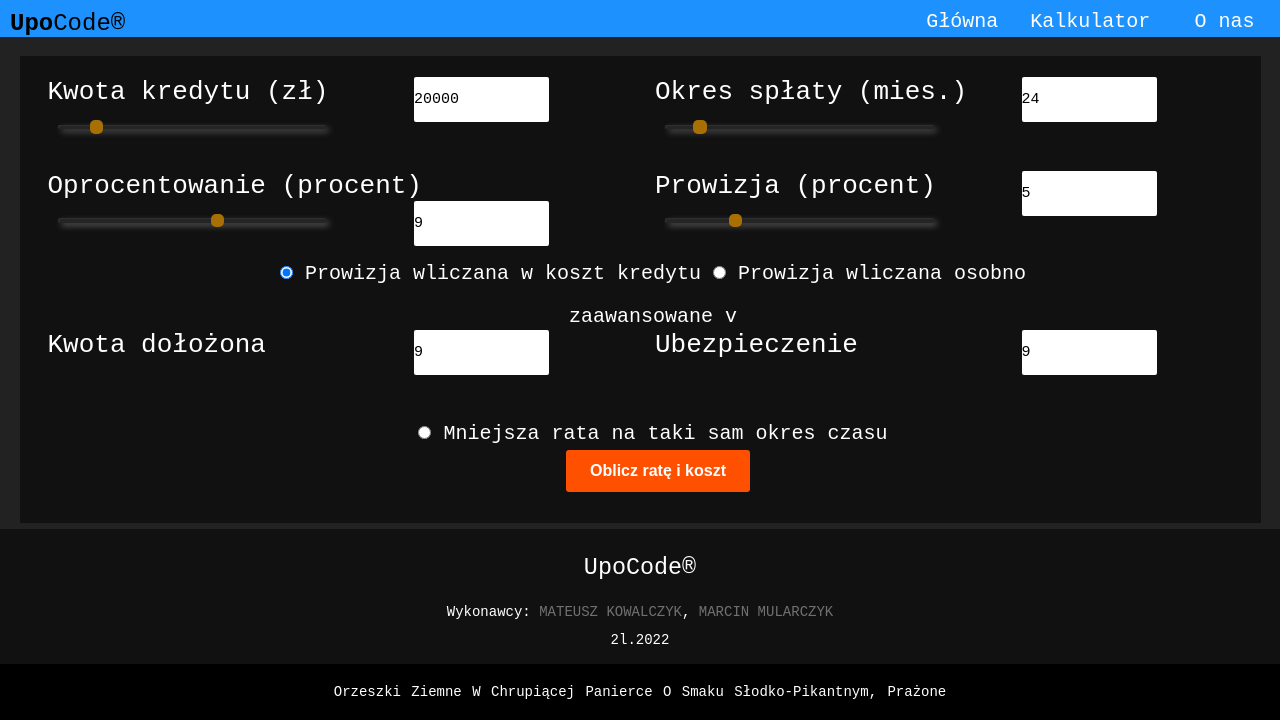
Repository: Klemingway/egzamin
Page: kalkulator.html
The author's editor kept a copy of each file at every save. The page is drawn from the files as they stood at one save, then again after the next save.
The browser window is 1280 px wide. The pictures show the whole page.

Above is the page before, as saved 2023-01-25 12:12:41.

### kalkulator.html
<!DOCTYPE html>
<html lang="pl">

<head>
    <meta charset="UTF-8">
    <meta http-equiv="X-UA-Compatible" content="IE=edge">
    <meta name="viewport" content="width=device-width, initial-scale=1.0">
    <link rel="stylesheet" href="style/styl.css">
    <link rel="shortcut icon" href="img/ikonna.png" type="image/x-icon">
    <script src="js/script.js"></script>
    <title>Bankowy</title>
</head>
<header>

    <div id="hod">
        <a style="text-decoration: none;color: white;" href="index.html">Główna</a>
        <a style="text-decoration: none;color: white;" href="kalkulator.html">Kalkulator</a> &puncsp;
        <div id="hod1"><a style="text-decoration: none; color: white;" href="bl.html">O nas</a></div>
    </div>
    <div id="hzd">
        <b>Upo</b>Code®
    </div>
</header>

<div id="gl">

    <div id="d1" class="d">
        Kwota kredytu (zł)
        <input type="text" name="kwota" pattern="[0-9]" id="kwota" class="wej" value="20000" onchange="document.getElementById('r1').value = this.value/1000"><br>
        <input type="range" min="1" max="150" value="20" id="r1" class="slider" oninput="document.getElementById('kwota').value = this.value*1000; ">
    </div>

    <div id="d2" class="d">
        Okres spłaty (mies.)
        <input type="text" name="splata" pattern="[0-9]" id="splata" class="wej" value="24" onchange="document.getElementById('r2').value = this.value"><br>
        <input type="range" min="12" max="120" value="24" id="r2" class="slider" oninput="document.getElementById('splata').value = this.value;">
    </div>


    <div id="d3" class="d">
        Oprocentowanie (procent)
        <input type="text" name="splata" pattern="[0-9]" id="oproc" class="wej" value="9" onchange="document.getElementById('r3').value = this.value*100"><br>
        <input type="range" min="1" max="1500" value="900" id="r3" class="slider" oninput="document.getElementById('oproc').value = this.value/100;">
    </div>

    <div id="d4" class="d">
        Prowizja (procent)
        <input type="text" name="prowiz" pattern="[0-9]" id="prowiz" class="wej" value="5" onchange="document.getElementById('r4').value = this.value"><br>
        <input type="range" min="0" max="20" value="5" id="r4" class="slider" oninput="document.getElementById('prowiz').value = this.value;">
    </div>

    <div id="d5" class="dradio">
        <label>
        <input type="radio" checked name="choice" value="wariant1" class="radio"> Prowizja wliczana w koszt kredytu
        </label>
        <label>
            <input type="radio" name="choice" value="wariant2" class="radio">
            Prowizja wliczana osobno
        </label>
    </div>
    <br>
    <div id="d6">
        <a onclick="zaawansowane()" style="margin-bottom: 100px;">zaawansowane v</a>
    </div>
    <div id="d8" class="d">
        Kwota dołożona
        <input type="text" name="kwotadodana" pattern="[0-9]" id="kwotadodana" class="wej" value="9">
    </div>
    <div id="d9" class="d">
        Ubezpieczenie
        <input type="text" name="ubezpieczenie" pattern="[0-9]" id="ubezpieczenie" class="wej" value="9">
    </div>
    <div id="d10" class="dradio">
        <label>
            <input type="radio" name="choice2" class="radio" value="rat_tyle_samo">
            Mniejsza rata na taki sam okres czasu
        </label>
    </div>
    <div id="d7">
        <input type="button" id="guzik" value="Oblicz ratę i koszt" onclick="test()">
    </div>

</div>
<!-- <div id="wyniki">

</div> -->



<footer>
    <div id="zawfoot">
        <h3>UpoCode®</h3>
        <p>Wykonawcy: <span>Mateusz Kowalczyk</span>, <span>Marcin Mularczyk</span><br>2l.2022</p>

    </div>
    <div class="dol">
        <p>Orzeszki ziemne w chrupiącej panierce o smaku słodko-pikantnym, prażone

        </p>
    </div>
</footer>

</body>

</html>

### style/styl.css
html,
body {
    padding: 0;
    margin: 0;
    font-family: monospace;
    background-color: #222222;
    overflow-x: hidden;
    min-height: 100%;
}

body::-webkit-scrollbar {
    width: 0.6em;
}

body::-webkit-scrollbar-track {
    -webkit-box-shadow: inset 0 0 6px rgba(0, 0, 0, 0.3);
}

body::-webkit-scrollbar-thumb {
    background-color: rgb(255, 136, 0);
}

body::-webkit-scrollbar-thumb:hover {
    background: rgba(255, 136, 0, 0.582);
}


/* header */

header {
    z-index: 5;
    text-decoration: none;
    padding-top: 0.5em;
    position: sticky;
    top: 0;
    height: 5vh;
    background-color: #1d92ff;
    width: 100vw;
    font-size: 20px;
}

#hzd {
    font-size: 1.2em;
    padding-left: 10px;
    background-color: #1d92ff;
}

#hod {
    float: right;
    word-spacing: 20px;
    margin-right: 2vw;
}

#hod1 {
    float: right;
    word-spacing: 0px;
}

#fw {
    position: relative;
    margin-top: 20px;
}


/* koniec headera */

#gl {
    padding-top: 1.5em;
    padding-left: 2em;
    padding-bottom: 2em;
    justify-content: center;
    background-color: #111111;
    color: white;
    margin: 1.5em;
    min-height: 20vh;
}


/* #d1 {
    background-color: aqua;
}

#d2 {
    background-color: brown;
}

#d3 {
    background-color: olive;
}

#d4 {
    background-color: orangered;
} */

#gll {
    background-color: #ff5000;
    width: 100%;
    height: auto;
    border: #ff5000 1px solid;
}

.dradio {
    font-size: 20px;
    padding-top: 5px;
    width: 100%;
    text-align: center;
    /* background-color: gold; */
}

#d6 {
    font-size: 20px;
    padding-top: 5px;
    width: 100%;
    text-align: center;
    /* background-color: rgb(0, 255, 115); */
}

#d7 {
    margin: 5px;
    display: flex;
    width: 100%;
    justify-content: center;
}

.d {
    word-wrap: break-word;
    font-size: 2em;
    padding: 2px;
    width: 50%;
    float: left;
    min-height: 13vh;
    padding-right: 4em;
}

#wyniki {
    min-height: 25em;
    margin-bottom: 3em;
}


/* wejscia wyjscia */

.wej {
    float: right;
    border-radius: 2px;
    outline: none;
    border: none;
    font-family: monospace;
    height: 3em;
    width: 9em;
    font-size: 15px;
}

.slider {
    margin: 10px;
    -webkit-appearance: none;
    outline: none;
    border-radius: 3px;
    height: 0.6vh;
    width: 21vw;
    background-color: rgb(37, 37, 37);
    box-shadow: 3px 3px 6px rgb(89, 88, 92), inset 1px 1px 1px #313131;
}

.slider::-webkit-slider-thumb {
    -webkit-appearance: none;
    width: 1em;
    height: 1em;
    cursor: pointer;
    background-color: rgb(168, 111, 5);
    overflow: visible;
    border-radius: 5px;
}

#guzik {
    display: inline-block;
    outline: none;
    cursor: pointer;
    font-weight: 600;
    border-radius: 3px;
    padding: 12px 24px;
    border: 0;
    color: #fff;
    background: #ff5000;
    line-height: 1.15;
    font-size: 16px;
}

#guzik:hover {
    transition: all .1s ease;
    box-shadow: 0 0 0 0 #fff, 0 0 0 3px #1d92ff;
}


/* footer */

footer {
    position: absolute;
    bottom: 0;
    width: 100%;
    left: 0;
    right: 0;
    background: #111;
    height: auto;
    width: 100vW;
    font-family: monospace;
    padding-top: 20px;
    color: white;
}

#zawfoot {
    display: flex;
    align-items: center;
    justify-content: center;
    flex-direction: column;
    text-align: center;
}

#zawfoot h3 {
    font-size: 1.8rem;
    font-weight: 400;
    text-transform: capitalize;
    line-height: 3rem;
}

#zawfoot p {
    max-width: 500px;
    margin: 10px auto;
    line-height: 28px;
    font-size: 14px;
}

* {
    margin: 0;
    padding: 0;
    box-sizing: border-box;
}

.dol {
    background: #000;
    width: 100vw;
    padding: 20px 0;
    text-align: center;
}

.dol p {
    font-size: 14px;
    word-spacing: 2px;
    text-transform: capitalize;
}

#zawfoot span {
    text-transform: uppercase;
    opacity: .4;
    font-weight: 200;
}


/* koniec footera */

@media (max-width: 650px) {
    .d {
        padding-right: 1em;
        width: 100%;
        padding-bottom: 0;
        margin-bottom: 1.5em;
    }
    .slider {
        width: 100%;
    }
    .wej {
        width: 100%;
    }
    #gl {
        padding: 1em;
    }
    footer {
        position: relative;
    }
    #d5 {
        text-align: center;
    }
}

### js/script.js




function zaokrongl(variable) {
    return Math.round(variable * 100) / 100;
}
document.addEventListener('mouseup', function(e) {
    if(e.target.id == "dwd"){
        zamknij();
    }
    else if(e.target.id == "dwd2"){
        zamknij1();
    }
});
function tableCreate2(splata, k, oprocentowanie, kwota, rata, prowizja, kwota_dodana) {
    console.log("kwota: " + kwota);
    //tu sie dzieje magia sztańska i wgl ale no uwu
    var a = document.getElementById("wyniki2");
    // czyszczenie diva
    a.innerHTML = '';
    //ustawiamy sobie stałą
    const wyniki = document.a,
    // do tej stałej tworzymy element div
    div = document.createElement('div');
    // ustawiamy id diva jako tabela
    div.setAttribute("id", "tabela");
    //tworzymy tabele
    tbl = document.createElement('table');
    // dopisujemy tabele do diva
    div.appendChild(tbl);
    tbl.style.width = '110px';
    tbl.style.border = '1px solid black';

    var odsetki = 0,   suma_odsetek = 0,    suma = 0;
    var kapital = 0,   suma = 0,            kwota_kredytu=0;

    var element1 = document.getElementById('advanced2');
    var choice2 = document.getElementsByName('choice2');
    if(element1!==null && choice2[1].checked==true){
        kwota_kredytu= kwota - kwota_dodana;
        console.log("kwota+kredytu: " + kwota_kredytu)
    }
    else{
        kwota_kredytu = kwota;
        console.log("kwota+kredytu: " + kwota_kredytu)
    }
    // prosta pętla myśle że nic nie trzeba tłumaczyć
    loop1:
    for (let i = 0; i <= splata; i++) {
        const tr = tbl.insertRow();
        loop2:
        for (let j = 0; j < 4; j++) {
            odsetki = (oprocentowanie / k) * kwota_kredytu;


            kapital = rata - odsetki;
            const td = tr.insertCell();
            if (i == 0 && j == 0) {
                td.appendChild(document.createTextNode("L.p."));
                td.style.fontSize = '20px';
            } else if (i == 0 && j == 1) {
                td.appendChild(document.createTextNode("Odsetki"));
                td.style.fontSize = '20px';
            } else if (i == 0 && j == 2) {
                td.appendChild(document.createTextNode("Kapitał"));
                td.style.fontSize = '20px';
            } else if (i == 0 && j == 3) {
                td.appendChild(document.createTextNode("Wysokość raty"));
                td.style.fontSize = '20px';
            }
            if (j == 0 && i != 0) {
                if(kapital>=rata){
                    break loop1;
                }
                td.appendChild(document.createTextNode(i));
            } else if (j == 1 && i != 0) {
                suma_odsetek += odsetki;
                td.appendChild(document.createTextNode(zaokrongl(odsetki)));
            } else if (j == 2 && i != 0) {
                kwota_kredytu -= kapital;
                td.appendChild(document.createTextNode(zaokrongl(kapital)));
            } else if (j == 3 && i != 0) {
                suma += rata;
                td.appendChild(document.createTextNode(rata));
            }
            td.style.border = '1px solid black';

        }
    }
    console.log("Suma: "+suma)
    console.log("Suma odsetek: "+suma_odsetek)
    a.appendChild(div);
}
function obliczanie(I,N,oprocentowanie,choice,n,zaplata,prowizja,suma,k,kwota_dodana){
    var choice2 = document.getElementsByName('choice2');

        // jeżeli wybrane żeby Prowizja wliczana w koszt kredytu to wtedy to się liczy
        if (choice[0].checked == true) {
            prowizja = (document.getElementById("prowiz").value) / 100;

            prowizja = prowizja * N;
            // doliczamy prowizję do kwoty kredytu
            N = N * 1 + prowizja;

            // jeżeli okres spłaty wynosi mniej niż 12 miesięcy to analogicznie w roku
            // zapłacimy równowartość tego okresu bo w roku mamy max 12 rat
            k = 12;
            if (n < 12) {
                k = n;
            }
            for (var i = 1; i <= n; i++) {
                // no to tutaj przepisany wzór z matematycznego na kodowanie
                suma += Math.pow((1 + (oprocentowanie / k)), -i);
            }
            // tutaj jest licznik podzielony przez mianownik
            I = N / suma;
            // mnożymy naszą ratę razy ilość rat aby otrzymać ile będziemy musieli oddać bankowi
            zaplata = I * n;
            console.log("N: " + N)

            tableCreate2(n, k, oprocentowanie, N, zaokrongl(I), prowizja,kwota_dodana)
            document.getElementById("wyniki").innerHTML = "Wysokość raty: " + zaokrongl(I) + "<br>" +
                "Całkowita kwota do spłaty: " + zaokrongl(zaplata);

        // jeżeli wybrane żeby Prowizja wliczana osobno to wtedy to się liczy
        } else if (choice[1].checked == true) {
            prowizja = (document.getElementById("prowiz").value) / 100;
            prowizja = prowizja * N;
            // jeżeli okres spłaty wynosi mniej niż 12 miesięcy to analogicznie w roku zapłacimy równowartość tego okresu bo w roku mamy max 12 rat
            k = 12;
            if (n < 12) {
                k = n;
            }
            for (var i = 1; i <= n; i++) {
                // no to tutaj przepisany wzór z matematycznego na kodowanie
                suma += Math.pow((1 + (oprocentowanie / k)), -i);
            }
            // tutaj jest licznik podzielony przez mianownik
            I = N / suma;
            // mnożymy naszą ratę razy ilość rat aby otrzymać ile będziemy musieli oddać bankowi
            zaplata = I * n;
            // doliczamy prowizję po wszystkich obliczeniach
            zaplata = zaplata + prowizja;
            console.log("N: " + N)
            tableCreate2(n, k, oprocentowanie, N, zaokrongl(I), prowizja,kwota_dodana)
            document.getElementById("wyniki").innerHTML = "Wysokość raty: " + zaokrongl(I) + "<br>" +
                "Całkowita kwota do spłaty: " + zaokrongl(zaplata);
        }
        else{
            console.log("wda")
        }
        document.getElementById("dwd").style.backdropFilter = "blur(7px)";
        document.getElementById("wyniki").innerHTML += "<br><input type=\"button\" id='guzior1' onclick=\"pokaz()\" value=\"pokaż harmonogram rat\">";

}
function test() {
    document.getElementById("wyniki").style.visibility = "visible"; // a to to nwm pan mularczyk robił
    var I, N, oprocentowanie, k, n, suma = 0, zaplata, prowizja = 0;

    N = document.getElementById("kwota").value; // kwota kredytu
    oprocentowanie = document.getElementById("oproc").value/100; // oprocentowanie kredytu
    n = document.getElementById("splata").value; // okres splaty

    var choice = document.getElementsByName('choice');

    //////////////////////////////////////
    //                                  //
    // sprawdzenie czy jest rozwinięte  //
    //                                  //
    //////////////////////////////////////

    var element1 = document.getElementById('advanced2');
    var element2 = document.getElementById('advanced2');
    if(element1 !== null  && element2 !== null){
        var kwota_dodana = document.getElementById("kwotaDodana").value;
        var choice2 = document.getElementsByName('choice2'); // zaawansowane
        if(choice2[0].checked == true){
            console.log(kwota_dodana + "  " + "tyle samo rat ale mniejsza cena")
            //////////////////////////////////////////
            //                                      //
            //    tyle samo rat ale mniejsza cena   //
            //                                      //
            //////////////////////////////////////////
            N -= kwota_dodana;
            console.log("Nigger: " + N)
            obliczanie(I,N,oprocentowanie,choice,n,zaplata,prowizja,suma,k,kwota_dodana);

        }
        if(choice2[1].checked == true){
            console.log(kwota_dodana + "  " + "Mniej rat, po tej samej cenie raty")
            //////////////////////////////////////////
            //                                      //
            //  Mniej rat, po tej samej cenie raty  //
            //                                      //
            //////////////////////////////////////////


            obliczanie(I,N,oprocentowanie,choice,n,zaplata,prowizja,suma,k,kwota_dodana);
        }


    }
    else{
        obliczanie(I,N,oprocentowanie,choice,n,zaplata,prowizja,suma,k);
    }

}

function pokaz() {
    document.getElementById("dwd").style.visibility = "visible";
}

function zamknij() {
    document.getElementById("dwd").style.visibility = "hidden";
}
function pokaz1() {
    document.getElementById("dwd2").style.backdropFilter = "blur(7px)";
    document.getElementById("dwd2").style.visibility = "visible";
}

function zamknij1() {
    document.getElementById("dwd2").style.visibility = "hidden";
}

function zaawansowane(){
    var element = document.getElementById('advanced2');
    if(element === null){
        var a = document.getElementById("tabelka");
        const wyniki = document.a,
        /////////////////////////////////////////
        //                                     //
        //          input text kwata           //
        //                                     //
        /////////////////////////////////////////
        trA = document.createElement('tr');
        trA.setAttribute("id","advancedText");
        trA.setAttribute('style','position:relative; padding-top:200px; height:40px;')


        tdA = document.createElement('td');
        tdB = document.createElement('td');

        inputA = document.createElement('input');
        inputA.setAttribute('type','text');
        inputA.setAttribute('id','kwotaDodana');

        tdA.innerHTML += "Kwota dołożona";
        tdB.appendChild(inputA);
        trA.appendChild(tdA);
        trA.appendChild(tdB);
        a.appendChild(trA);

        tdA = document.createElement('td');
        tdB = document.createElement('td');

        inputA = document.createElement('input');
        inputA.setAttribute('type','text');
        inputA.setAttribute('id','ubezpieczenie');

        tdA.innerHTML += "Ubezpieczenie";
        tdB.appendChild(inputA);
        trA.appendChild(tdA);
        trA.appendChild(tdB);

        //a.appendChild(trB);
        a.appendChild(trA);

        /////////////////////////////////////////
        //                                     //
        //            inputy radio             //
        //                                     //
        /////////////////////////////////////////

        tr2 = document.createElement('tr');
        tr2.setAttribute("id", "advanced2");
        td1 = document.createElement('td');
        td1.setAttribute("colspan", "2");
        td1.setAttribute('style','text-align:center;');
        //style="text-align: center;"
        br = document.createElement('br');

        label1 = document.createElement('label');
        input1 = document.createElement('input');
        input1.setAttribute('type','radio');
        input1.setAttribute('name','choice2');
        input1.setAttribute('class','radio');
        input1.setAttribute('value','rat_mniej');

        label1.appendChild(input1);
        label1.innerHTML += ' Raty pozostają takie same, ale mniej';

        td2 = document.createElement('td');
        td2.setAttribute("colspan", "2");
        td2.setAttribute('style','text-align:center;');
        label2 = document.createElement('label');
        input2 = document.createElement('input');
        input2.setAttribute('type','radio');
        input2.setAttribute('name','choice2');
        input2.setAttribute('class','radio');
        input2.setAttribute('value','rat_tyle_samo');


        label2.appendChild(input2);
        label2.innerHTML += ' Mniejsza rata na taki sam okres czasu';


        td1.appendChild(br);
        td1.appendChild(label1);

        td2.appendChild(br);
        td2.appendChild(label2);

        tr2.appendChild(td2);
        tr2.appendChild(td1);

        a.appendChild(tr2);

        clicked = false;
    }
    else{
        var elem = document.getElementById("advanced2");
        elem.parentNode.removeChild(elem);
        elem = document.getElementById("advancedText");
        elem.parentNode.removeChild(elem);
    }
}

After the next save:
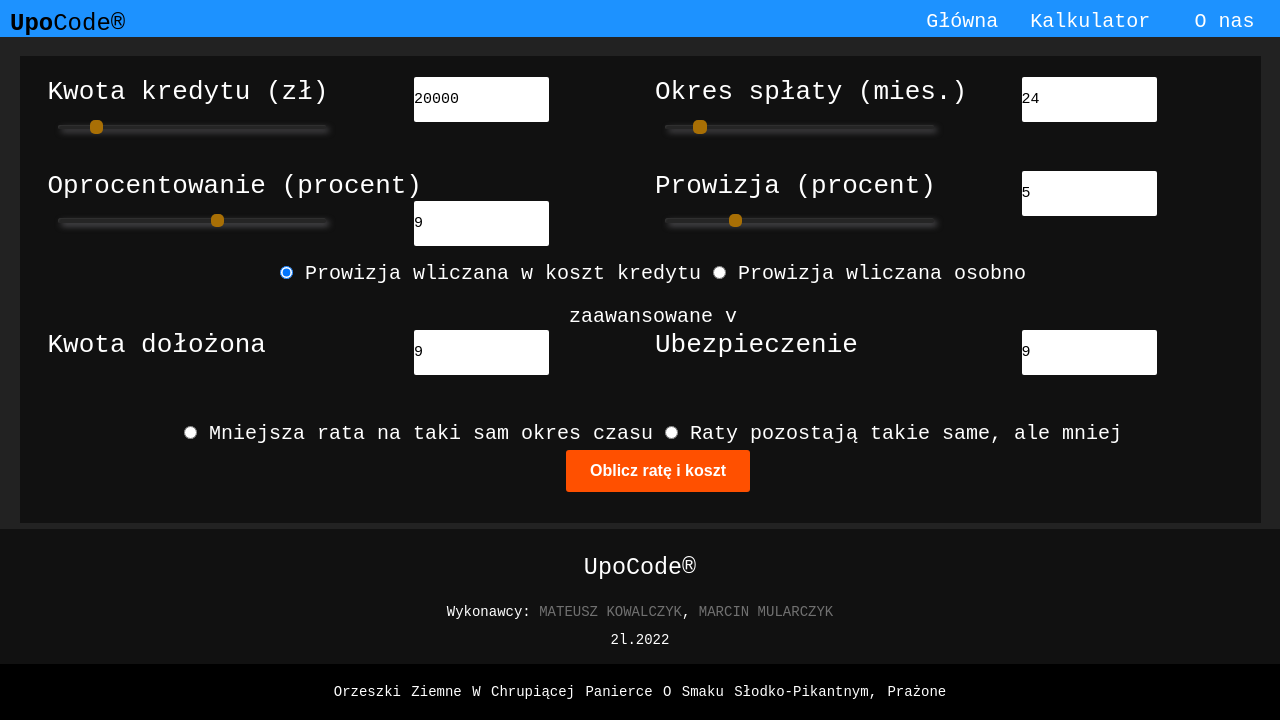
Saved 26 s later.
--- a/kalkulator.html
+++ b/kalkulator.html
@@ -75,6 +75,10 @@
             <input type="radio" name="choice2" class="radio" value="rat_tyle_samo">
             Mniejsza rata na taki sam okres czasu
         </label>
+        <label>
+            <input type="radio" name="choice2" class="radio" value="rat_mniej">
+            Raty pozostają takie same, ale mniej
+        </label>
     </div>
     <div id="d7">
         <input type="button" id="guzik" value="Oblicz ratę i koszt" onclick="test()">
